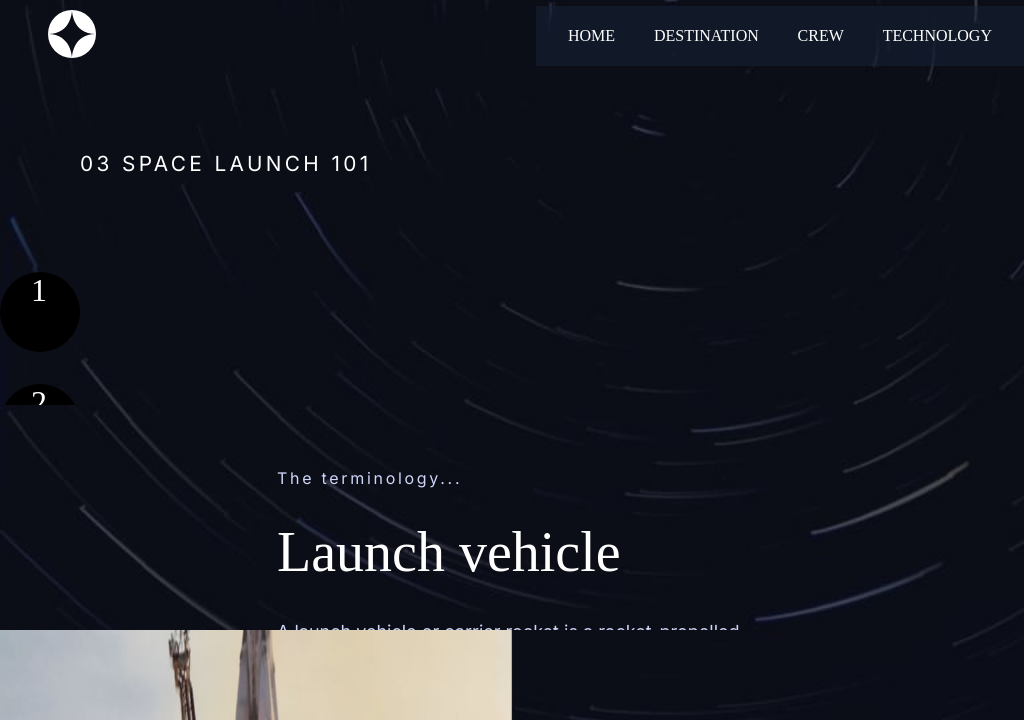
Repository: nilesjamex/space
Page: /Technology
The author's editor kept a copy of each file at every save. The page is drawn from the files as they stood at one save, then again after the next save.
The browser window is 1024 px wide. The pictures show the whole page.
Some web fonts or font styles are not loaded; a fallback is used. The project was rebuilt for these pictures with package versions that can differ from the ones it lists, and the page was loaded fresh each time. The framework's server and built-in components were replaced by stand-ins that run in the browser. Also part of the build but not shown: next.config.js.

Above is the page before, as saved 2022-01-08 23:43:30.

After the next save:
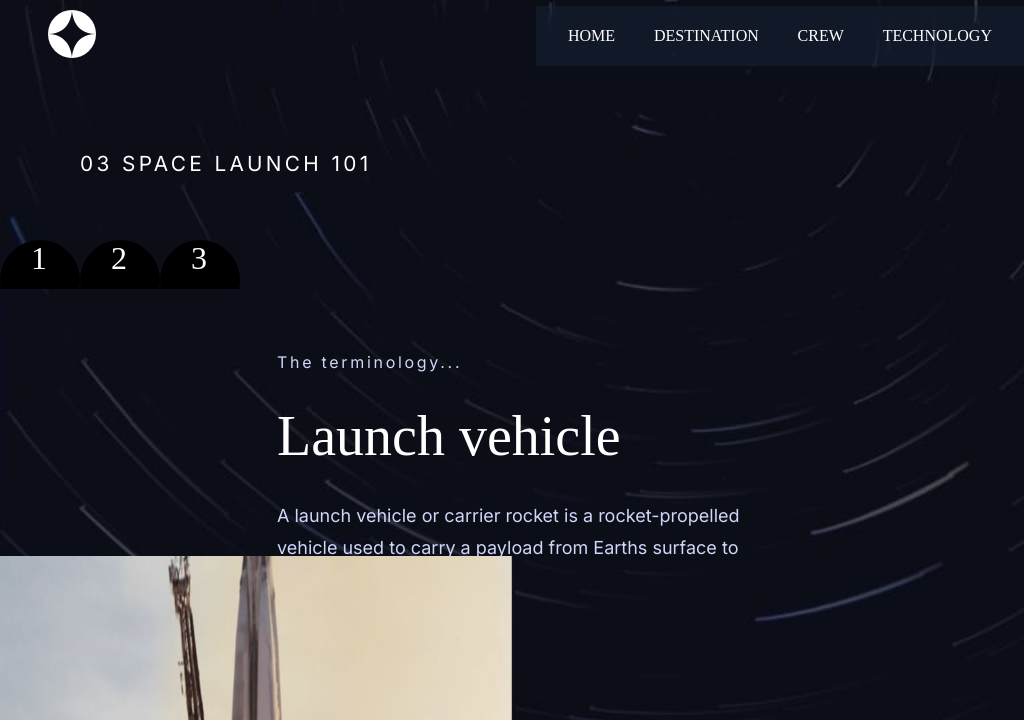
Saved 89 s later.
--- a/Components/Technology/Tech1/Tech.module.css
+++ b/Components/Technology/Tech1/Tech.module.css
@@ -70,4 +70,10 @@
         display: flex;
         flex-direction: column;
     }
+    .numbers {
+        display: flex;
+        flex-direction: row;
+        margin-top: 2rem;
+        order: 2;
+    }
 }
